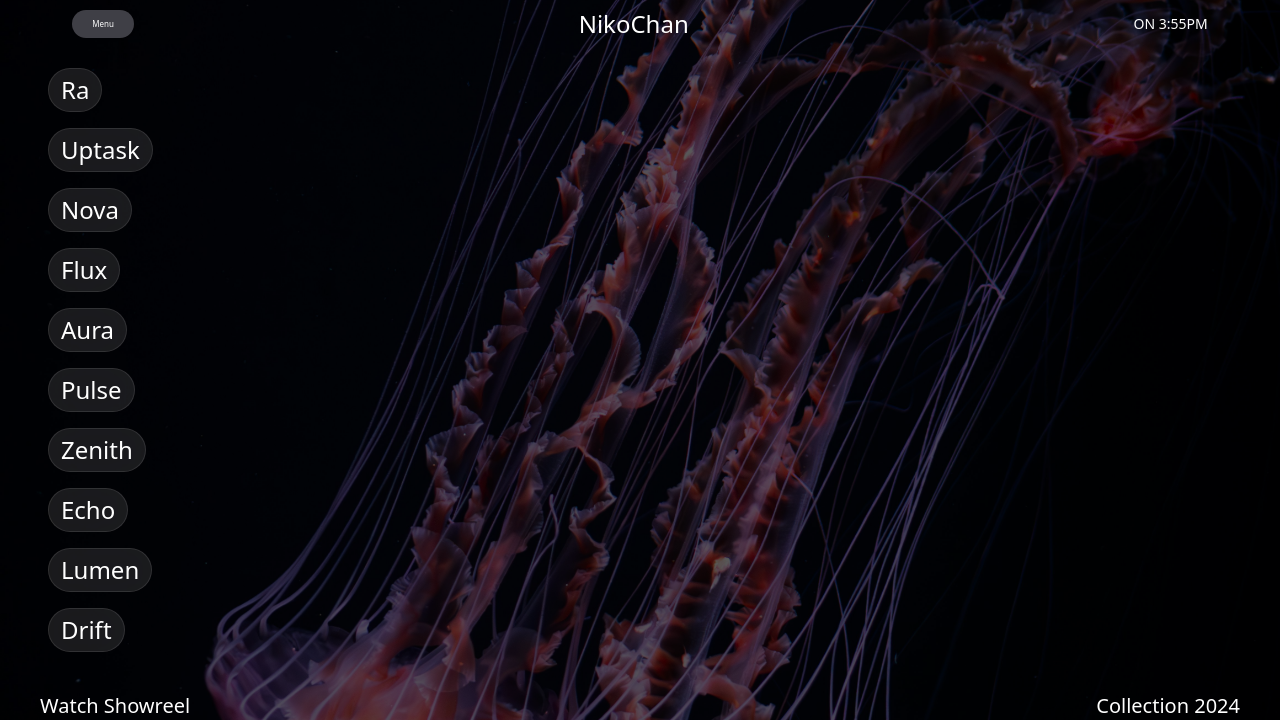
Repository: nikhilsinghrathore1/Niks_indian_local
Page: /
The author's editor kept a copy of each file at every save. The page is drawn from the files as they stood at one save, then again after the next save.
The browser window is 1280 px wide. The pictures show the whole page.
The project was rebuilt for these pictures with package versions that can differ from the ones it lists, and the page was loaded fresh each time. Also part of the build but not shown: vite.config.ts.

Above is the page before, as saved 2024-08-27 10:53:55.

### src/App.tsx
import { useState } from 'react'
import reactLogo from './assets/react.svg'
import viteLogo from '/vite.svg'
import './App.css'
import Landing from './Components/Landing'

function App() {
  const [count, setCount] = useState(0)

  return (
    <>

      <Landing/>
    </>
  )
}

export default App

### src/App.css
@font-face {
               font-family:font1 ;
               src: url("./assets/Fontspring-DEMO-rocgroteskcomp-regular.otf");
}

.f1{
               font-family: font1;
}

.item>p{
               padding: 6px 12px;

               font-weight: lighter;
               background-color: rgba(255, 255, 255, 0.1);
               border-radius: 40px;
               border: 1px solid rgba(255, 255, 255, 0.1);
               backdrop-filter: blur(20px);
               transition: 0.3s;
}

.item>p:hover{
               background: none;
               border: 1px solid rgba(255, 255, 255, 0.25);
}

.preview{
               position: fixed ;
               width: 100% ;
               height: 100% ;
               color: #fff;
               z-index: 1;
}

.preview-bg{
               position: absolute;
               width: 100%;
               pointer-events: none;
               height: 100%;
               opacity: 0.35;
}

.preview-title h1{
               font-weight:  lighter;
               font-size: 80px;
}

.preview p , .preview-description p{
               font-size: 14px;
               line-height: 120%;
}

.preview-varient-1 .preview-img{
               position: absolute;
               bottom: 0;
               right: 0;
               margin: 2em;
               width: 300px;
               height: 400px;
               clip-path: polygon(0% 100%, 100%, 100% , 100% 100% , 0% 100%);

}

.preview-varient-1 .preview-title{
               position: absolute;
               top: 35%;
               left: 25%;
}
.preview-varient-1 .preview-tags{
               position: absolute;
               top: 35%;
               left: 40%;
}

.preview-varient-1 .preview-description{
               width: 250px;
               position: absolute;
               top: 25%;
               right: 25%;
}
.preview-varient-3 .preview-img{
               position: absolute;
               bottom: 10%;
               left: 15%;
               margin: 2em;
               width: 300px;
               height: 400px;
               clip-path: polygon(0% 0%, 0%, 0% , 0% 100% , 0% 100%);

}

.preview-varient-3 .preview-title{
               position: absolute;
               bottom: 40%;
               right: 15%;
}
.preview-varient-3 .preview-tags{
               position: absolute;
               bottom: 20%;
               right: 30%;
}

.preview-varient-3 .preview-description{
               width: 250px;
               position: absolute;
               left: 20%;
               top: 15%;
}
.preview-varient-2 .preview-img{
               position: absolute;
               top: 10%;
               right: 5%;
               margin: 2em;
               width: 300px;
               height: 400px;
               clip-path: polygon(100% 0%, 100%, 0% , 100% 100% , 100% 100%);

}

.preview-varient-2 .preview-title{
               position: absolute;
               bottom: 30%;
               left: 50%;
}
.preview-varient-2 .preview-tags{
               position: absolute;
               top: 25%;
               left: 25%;
}

.preview-varient-3 .preview-description{
               width: 250px;
               position: absolute;
               right: 10%;
               bottom: 15%;
}

### src/Components/Landing.tsx
// Landing.tsx
import { useEffect, useRef } from 'react';
import gsap from 'gsap';
import img1 from '../assets/img1.jpg';
import img2 from '../assets/img2.jpg';
import img3 from '../assets/img3.jpg';
import img4 from '../assets/img4.jpg';
import img5 from '../assets/img5.jpg';
import img6 from '../assets/img6.jpg';
import img7 from '../assets/img7.jpg';
import img8 from '../assets/img8.jpg';
import img9 from '../assets/img9.jpg';
import img10 from '../assets/img10.jpg';
import defaultBg from '../assets/default-bg.jpg';

interface TransformProps {
  x?: number;
  y?: number;
  opacity?: number;
}

type VariantTransform = {
  [key: string]: {
    [elementClass: string]: TransformProps;
  };
};

const mapClasses = [
  'variant-1',
  'variant-2',
  'variant-3',
  'variant-1',
  'variant-2',
  'variant-3',
  'variant-1',
  'variant-2',
  'variant-3',
  'variant-1',
];

const previews = [
  {
    img: img1,
    title: 'Ra',
    tags: 'Futuristic Fashion, Minimal Design',
    description:
      'Exploring the intersection of minimalism and future fashion trends in web design.',
    bg: img1,
  },
  {
    img: img2,
    title: 'Uptask',
    tags: 'Fashion Innovation, Graphic Simplicity',
    description:
      'Innovative fashion web design with a core focus on simplicity and elegance.',
    bg: img2,
  },
  {
    img: img3,
    title: 'Nova',
    tags: 'Space Inspired, Modern Aesthetics',
    description:
      'A modern take on space-inspired designs blending technology and art.',
    bg: img3,
  },
  {
    img: img4,
    title: 'Flux',
    tags: 'Dynamic Layouts, Vibrant Colors',
    description:
      'Dynamic and colorful layouts that capture attention and engage users.',
    bg: img4,
  },
  {
    img: img5,
    title: 'Aura',
    tags: 'Serene Designs, Pastel Themes',
    description:
      'Creating calm and soothing user experiences through pastel-themed designs.',
    bg: img5,
  },
  {
    img: img6,
    title: 'Pulse',
    tags: 'Energetic Vibes, Bold Typography',
    description:
      'Harnessing energy and movement with bold typography and striking visuals.',
    bg: img6,
  },
  {
    img: img7,
    title: 'Zenith',
    tags: 'Peak Performance, Sleek Interfaces',
    description:
      'Designs focused on peak performance and sleek, intuitive interfaces.',
    bg: img7,
  },
  {
    img: img8,
    title: 'Echo',
    tags: 'Repetitive Patterns, Minimalist Touch',
    description:
      'Utilizing repetitive patterns to create harmony and balance in design.',
    bg: img8,
  },
  {
    img: img9,
    title: 'Lumen',
    tags: 'Light Themes, Clarity Focused',
    description:
      'Emphasizing clarity and readability through light-themed designs.',
    bg: img9,
  },
  {
    img: img10,
    title: 'Drift',
    tags: 'Fluid Movements, Abstract Forms',
    description:
      'Incorporating fluid movements and abstract forms for a unique user experience.',
    bg: img10,
  },
];

const Landing: React.FC = () => {
  const containerRef = useRef<HTMLDivElement>(null);
  const previewBgRef = useRef<HTMLDivElement>(null);
  const itemsRef = useRef<Array<HTMLDivElement | null>>([]);

  useEffect(() => {
    const defaultClipPath: { [key: string]: string } = {
      'variant-1': 'polygon(0% 100%, 100% 100%, 100% 100%, 0% 100%)',
      'variant-2': 'polygon(100% 0%, 100% 0%, 100% 100%, 100% 100%)',
      'variant-3': 'polygon(0% 0%, 0% 0%, 0% 100%, 0% 100%)',
    };

    const variantTransform: VariantTransform = {
      'variant-1': {
        title: { x: 75, opacity: 0 },
        tags: { y: -75, opacity: 0 },
        description: { x: -75, opacity: 0 },
      },
      'variant-2': {
        title: { x: -75, opacity: 0 },
        tags: { y: -75, opacity: 0 },
        description: { y: 75, opacity: 0 },
      },
      'variant-3': {
        title: { x: 75, opacity: 0 },
        tags: { y: 75, opacity: 0 },
        description: { x: 75, opacity: 0 },
      },
    };

    const getDefaultClipPath = (previewElement: HTMLDivElement): string => {
      for (const variant in defaultClipPath) {
        if (previewElement.classList.contains(variant)) {
          return defaultClipPath[variant];
        }
      }
      return 'polygon(100% 0%, 0% 0%, 0% 100%, 100% 100%)';
    };

    const applyVariantStyle = (
      previewElement: HTMLDivElement,
      reset: boolean = false
    ) => {
      const variant = mapClasses[Array.from(previewElement.classList).findIndex(cls => cls.startsWith('variant-'))];
      if (variant && variantTransform[variant]) {
        Object.entries(variantTransform[variant]).forEach(
          ([elementClass, transform]) => {
            const element = previewElement.querySelector(
              `.preview-${elementClass}`
            ) as HTMLElement;
            if (element) {
              gsap.set(element, reset ? transform : { x: 0, y: 0, opacity: 1 });
            }
          }
        );
      }
    };

    const changeBg = (newImgSrc: string) => {
      if (previewBgRef.current) {
        gsap.to(previewBgRef.current, {
          backgroundImage: `url(${newImgSrc})`,
          duration: 0.5,
          ease: 'power3.out',
        });
      }
    };

    // Create preview elements
    previews.forEach((preview, index) => {
      const previewElement = document.createElement('div');
      previewElement.className = `preview ${mapClasses[index]} preview-${index + 1}`;
      previewElement.style.opacity = '0';
      previewElement.style.position = 'absolute';
      previewElement.style.top = '50%';
      previewElement.style.left = '50%';
      previewElement.style.transform = 'translate(-50%, -50%)';
      previewElement.style.pointerEvents = 'none';
      previewElement.innerHTML = `
        <div class="preview-img">
          <img src="${preview.img}" alt="${preview.title}" />
        </div>
        <div class="preview-title">
          <h1>${preview.title}</h1>
        </div>
        <div class="preview-tags">
          <p>${preview.tags}</p>
        </div>
        <div class="preview-description">
          <p>${preview.description}</p>
        </div>
      `;
      if (containerRef.current) {
        containerRef.current.appendChild(previewElement);
        applyVariantStyle(previewElement, true);
      }
    });

    let activePreview: HTMLDivElement | null = null;

    itemsRef.current.forEach((item, index) => {
      if (item) {
        item.addEventListener('mouseenter', () => {
          const newBg = previews[index].bg;
          changeBg(newBg);

          const newActivePreview = containerRef.current?.querySelector(
            `.preview-${index + 1}`
          ) as HTMLDivElement;

          if (activePreview && activePreview !== newActivePreview) {
            gsap.to(activePreview, {
              opacity: 0,
              duration: 0.5,
              ease: 'power3.out',
              onComplete: () => applyVariantStyle(activePreview!, true),
            });
          }

          gsap.to(newActivePreview, {
            opacity: 1,
            duration: 0.5,
            ease: 'power3.out',
            onStart: () => applyVariantStyle(newActivePreview, false),
          });

          activePreview = newActivePreview;
        });

        item.addEventListener('mouseleave', () => {
          if (activePreview) {
            gsap.to(activePreview, {
              opacity: 0,
              duration: 0.5,
              ease: 'power3.out',
              onComplete: () => applyVariantStyle(activePreview!, true),
            });
            activePreview = null;
            changeBg(defaultBg);
          }
        });
      }
    });

    // Set initial background
    changeBg(defaultBg);
  }, []);

  return (
    <div className='w-full h-screen overflow-hidden fixed text-white bg-black'>
      {/* Nav Bar */}
      <nav className='w-full fixed flex pt-2 items-center justify-around gap-[300px]  z-50'>
        <div className='menu-btn w-fit bg-zinc-700 rounded-full backdrop-blur-md px-5 py-2 cursor-pointer'>
          <h1 className='text-[8px]'>Menu</h1>
        </div>
        <div className='logo text-2xl'>
          <h1>NikoChan</h1>
        </div>
        <div className='local-time text-sm'>
          <h1>ON 3:55PM</h1>
        </div>
      </nav>

      {/* Footer */}
      <div className='footer fixed px-10 bottom-0 text-xl flex items-center justify-between w-full z-50'>
        <p>Watch Showreel</p>
        <p>Collection 2024</p>
      </div>

      {/* Items List */}
      <div
        className='items fixed w-1/3 h-full flex flex-col px-12 text-2xl leading-tight capitalize justify-center z-30'
        >
        {previews.map((preview, index) => (
          <div
            key={index}
            className='item w-fit py-2 cursor-pointer'
            ref={(el) => (itemsRef.current[index] = el)}
          >
            <p>{preview.title}</p>
          </div>
        ))}
      </div>

      {/* Preview Background */}
      <div
        className='preview-bg fixed top-0 left-0 w-full h-full bg-cover bg-center z-10 transition-all duration-500 ease-out'
        ref={previewBgRef}
      ></div>

      {/* Preview Container */}
      <div
        className='preview-container fixed top-0 left-0 w-full h-full pointer-events-none z-20'
        ref={containerRef}
      ></div>
    </div>
  );
};

export default Landing;

Loaded but not shown: index.html (common file); src/main.tsx (common file); src/index.css (common file); tailwind.config.js (common file)

After the next save:
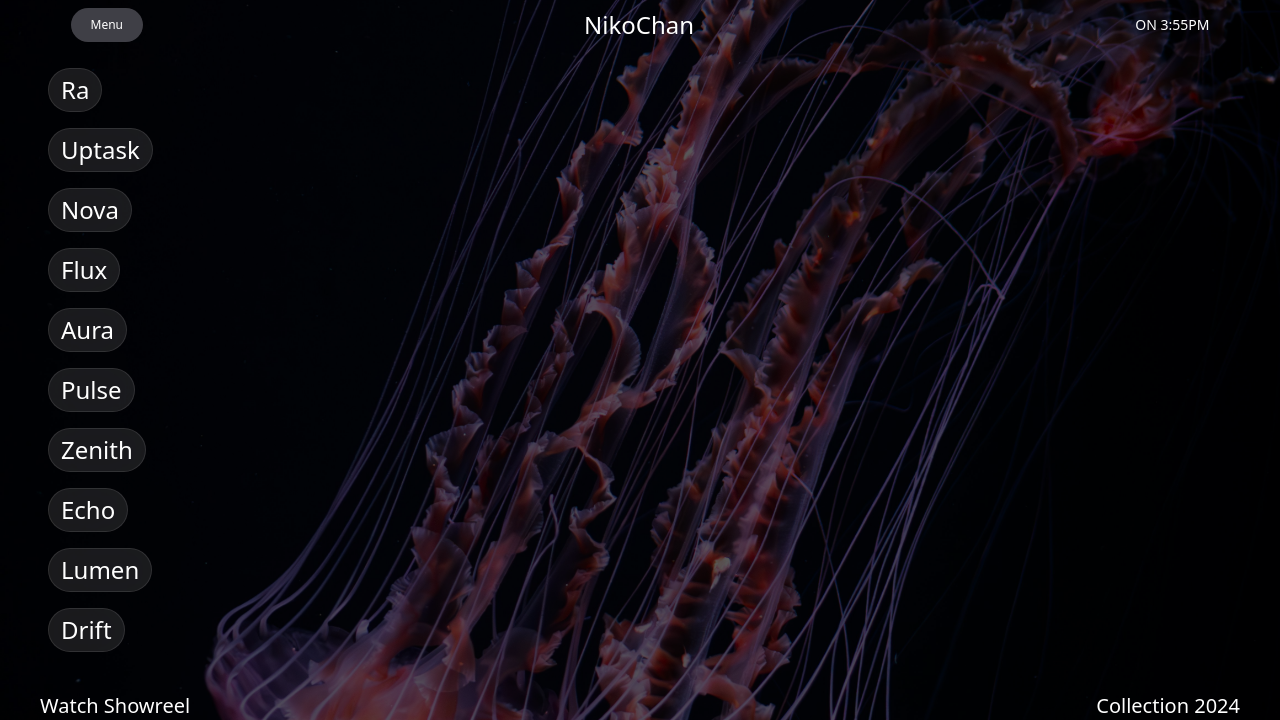
Saved 8 s later.
--- a/src/Components/Landing.tsx
+++ b/src/Components/Landing.tsx
@@ -274,7 +274,7 @@ const Landing: React.FC = () => {
       {/* Nav Bar */}
       <nav className='w-full fixed flex pt-2 items-center justify-around gap-[300px]  z-50'>
         <div className='menu-btn w-fit bg-zinc-700 rounded-full backdrop-blur-md px-5 py-2 cursor-pointer'>
-          <h1 className='text-[8px]'>Menu</h1>
+          <h1 className='text-[12px]'>Menu</h1>
         </div>
         <div className='logo text-2xl'>
           <h1>NikoChan</h1>
